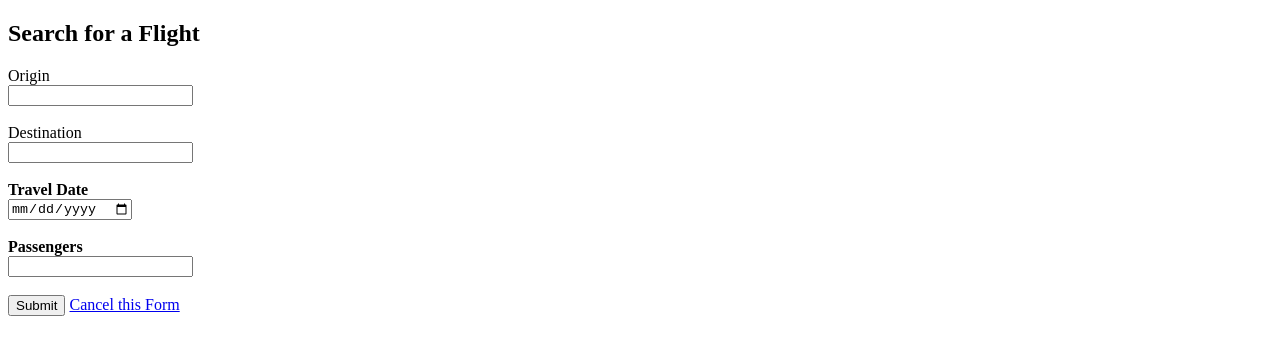
Repository: rkelly7391/SNHU_IT-634-X3894_18TW3
Page: http://localhost/RyanAirlineProject/FlightSearch
An editor plug-in stored every save of this project. The page is shown before and after the next save, followed by the edit.
The browser window is 1280 px wide. The pictures show the whole page.
The page is served by Tomcat 9. Other server files are loaded and not shown.

Above is the page before, as saved 2018-03-04 23:09:59.

### RyanAirlineProject/source/production/java/RyanFlightSearchServlet.java
import java.io.ByteArrayOutputStream;
import java.io.IOException;
import java.io.InputStream;
import java.io.PrintWriter;
import java.util.LinkedHashMap;
import java.util.Map;

import javax.servlet.ServletException;
import javax.servlet.ServletOutputStream;
import javax.servlet.annotation.WebServlet;
import javax.servlet.http.HttpServlet;
import javax.servlet.http.HttpServletRequest;
import javax.servlet.http.HttpServletResponse;
import javax.servlet.http.Part;

/**
 * Servlet implementation class RyanFlight Will allow the user to search for a
 * flight
 *
 * @author ryan.kelly5
 */
@WebServlet(description = "RyanFlightSearches", urlPatterns = { "/FlightSearch" })
public class RyanFlightSearchServlet extends HttpServlet {
	private static final long serialVersionUID = 1L;

	// create a map to the flight search
	private Map<Integer, RyanFlightSearch> flightSearchDatabase = new LinkedHashMap<>();

	/**
	 * @see HttpServlet#doGet(HttpServletRequest request, HttpServletResponse
	 *      response)
	 */
	protected void doGet(HttpServletRequest request, HttpServletResponse response)
			throws ServletException, IOException {

		String action = request.getParameter("action");
		if (action == null)
			action = "list";
		switch (action) {
		case "create":
			this.showFlightSearch(response);
			break;

		default:
			this.showFlightSearch(response);
			break;
		}
	}

	protected void doPost(HttpServletRequest request, HttpServletResponse response)
			throws ServletException, IOException {

		String action = request.getParameter("action");
		if (action == null)
			action = "list";
		switch (action) {
		case "create":
//			this.createTicket(request, response);
			break;
		case "list":
		default:
			response.sendRedirect("tickets");
			break;
		}
	}

	private void showFlightSearch(HttpServletResponse response) throws ServletException, IOException {
		PrintWriter writer = this.writeHeader(response);

		writer.append("<h2>Search for a Flight</h2>\r\n");
        writer.append("<form method=\"POST\" action=\"search\" ")
              .append("enctype=\"multipart/form-data\">\r\n");
        writer.append("<input type=\"hidden\" name=\"action\" ")
              .append("value=\"create\"/>\r\n");
        writer.append("Origin<br/>\r\n");
        writer.append("<input type=\"text\" name=\"customerName\"/><br/><br/>\r\n");
        writer.append("Destination<br/>\r\n");
        writer.append("<input type=\"text\" name=\"subject\"/><br/><br/>\r\n");
        writer.append("<b>Travel Date</b><br/>\r\n");
        writer.append("<input type=\"date\" name=\"travel\"/><br/><br/>\r\n");
        writer.append("<b>Passengers</b><br/>\r\n");
        writer.append("<input type=\"number\" name=\"pass\" min=\"1\"/><br/><br/>\r\n");
        writer.append("<input type=\"submit\" value=\"Submit\"/>\r\n");
        writer.append("<a href=\"search\">Cancel this Form</a>\r\n");
        writer.append("</form>\r\n");

//		writer.append("<h2>Search for a Flight</h2>\r\n");
//        writer.append("<form method=\"POST\" action=\"search\" ")
//              .append(">\r\n");
//        writer.append("<input type=\"hidden\" name=\"action\" ")
//              .append("value=\"list\"/>\r\n");
//        writer.append("Departing from:<br/>\r\n");
//        writer.append("<input type=\"text\" list=\"flightSource\" name=\"departLocationName\"/><br/><br/>\r\n"); //list=\"flightSource\"
//        writer.append("Arriving in:<br/>\r\n");
//        writer.append("<input type=\"text\" list=\"flightDest\" name=\"arrivalLocationName\"/><br/><br/>\r\n"); // list=\"flightDest\"
//        writer.append("Departure Date:<br/>\r\n");
//        writer.append("<input type=\"date\" name=\"departureDate\"/><br/><br/>\r\n");
//        writer.append("Number of Tickets<br/>\r\n");
//        writer.append("<select name=\"numberOfTickets\">");
//        	writer.append("<option value=\"1\">1</option>");
//        	writer.append("<option value=\"2\">2</option>");
//        	writer.append("<option value=\"3\">3</option>");
//        	writer.append("<option value=\"4\">4</option>");
//        	writer.append("<option value=\"5\">5</option>");
//        	writer.append("<option value=\"6\">6</option>");
//        	writer.append("<option value=\"7\">7</option>");
//        	writer.append("<option value=\"8\">8</option>");
//        	writer.append("<option value=\"9\">9</option>");
//        	writer.append("<option value=\"10\">10</option>");
//        writer.append("</select>");
//        writer.append("<br/><br/>\r\n");
//        writer.append("<input type=\"submit\" value=\"Submit\"/>\r\n");
//
//        //Build these out of the database later
//        writer.append("<datalist id=\"flightSource\">");
//        	writer.append("<option value=\"New York\">");
//        writer.append("</datalist>");
//
//        writer.append("<datalist id=\"flightDest\">");
//        	writer.append("<option value=\"Paris\">");
//        writer.append("</datalist>");
//        writer.append("</form>\r\n");
        this.writeFooter(writer);

		this.writeFooter(writer);
	}







	private PrintWriter writeHeader(HttpServletResponse response) throws ServletException, IOException {
		response.setContentType("text/html");
		response.setCharacterEncoding("UTF-8");

		PrintWriter writer = response.getWriter();
		writer.append("<!DOCTYPE html>\r\n").append("<html>\r\n").append("    <head>\r\n")
				.append("        <title>Customer Support</title>\r\n").append("    </head>\r\n")
				.append("    <body>\r\n");

		return writer;
	}

	private void writeFooter(PrintWriter writer) {
		writer.append("    </body>\r\n").append("</html>\r\n");
	}

}

After the next save:
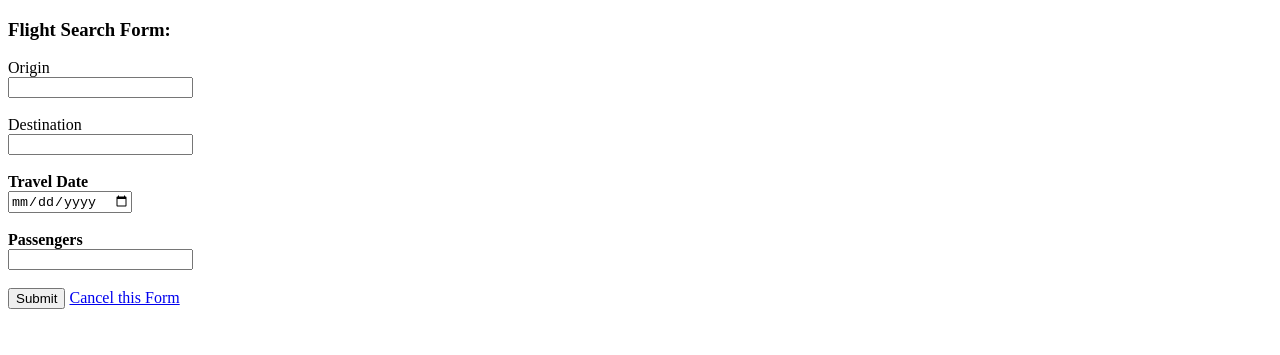
Saved 9 s later.
--- a/RyanAirlineProject/source/production/java/RyanFlightSearchServlet.java
+++ b/RyanAirlineProject/source/production/java/RyanFlightSearchServlet.java
@@ -67,7 +67,7 @@ public class RyanFlightSearchServlet extends HttpServlet {
 	private void showFlightSearch(HttpServletResponse response) throws ServletException, IOException {
 		PrintWriter writer = this.writeHeader(response);
 
-		writer.append("<h2>Search for a Flight</h2>\r\n");
+		writer.append("<h3>Flight Search Form:</h3>\r\n");
         writer.append("<form method=\"POST\" action=\"search\" ")
               .append("enctype=\"multipart/form-data\">\r\n");
         writer.append("<input type=\"hidden\" name=\"action\" ")
